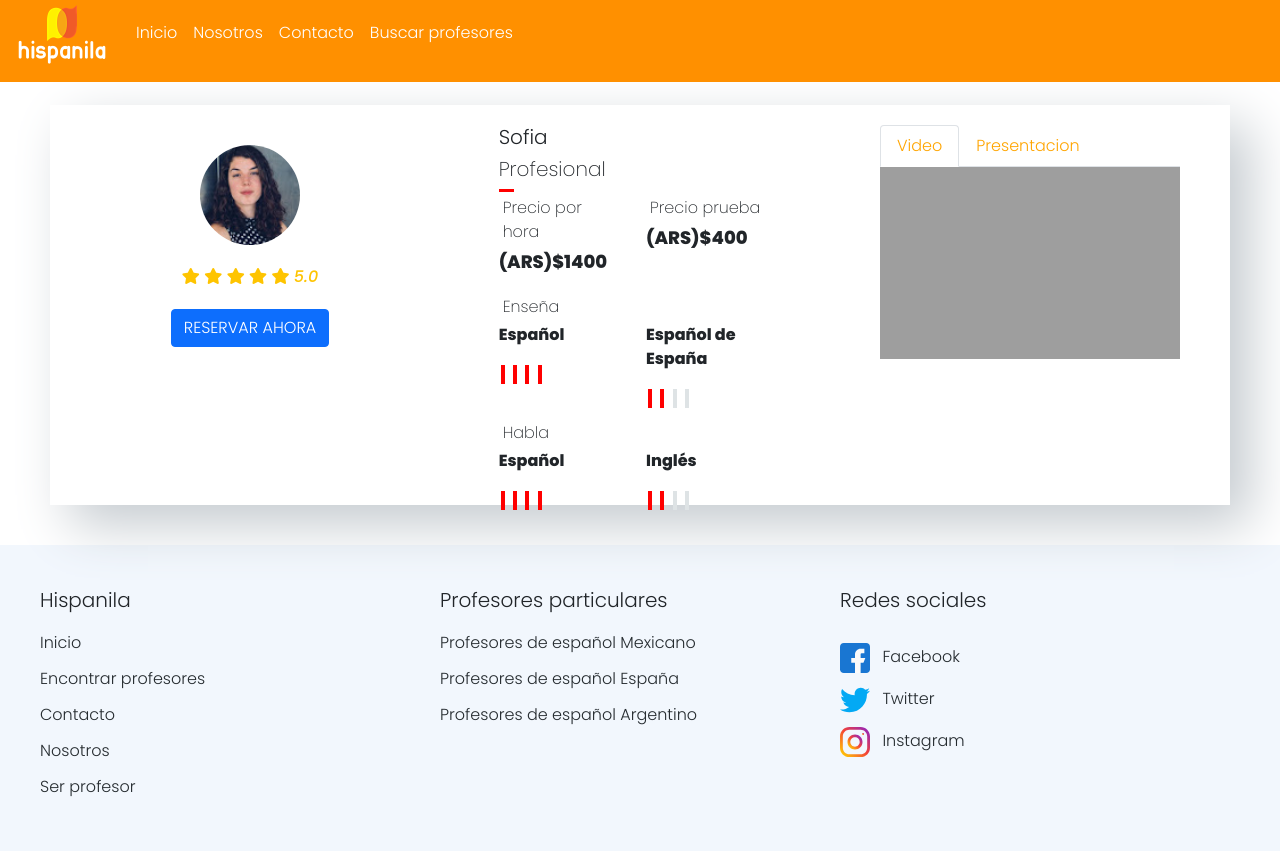
Repository: AgustinGarciaDev/Hispanila
Page: searchteacer.html
These files come from the project's save history. The page is drawn as it stood at one moment and after the next save; the edit follows.
The browser window is 1280 px wide. The pictures show the whole page.
Pictures or frames that could not be fetched are drawn as grey boxes. Some web libraries are served in a nearby version. The style sheet was rebuilt from its Sass, Less or Tailwind sources for each picture, by a compiler version that may differ from the author's.

Above is the page before, as saved 2021-01-30 10:05:15.

### searchteacer.html
<!DOCTYPE html>
<html lang="en">

<head>

    <head>
        <meta charset="UTF-8">
        <title>Buscar profesor</title>
        <meta name="viewport" content="width=device-width, user-scalable=no">
        <meta name="description" content="Busca el profesor de español que más se adecue a lo que quieres aprender. Busca por precio,variante del español y mucho más">
        <meta name="keywords" content="profesor español, buscar profesor, español , aprender con profesionales">
        <link rel="stylesheet" href="https://cdnjs.cloudflare.com/ajax/libs/animate.css/4.1.1/animate.min.css" />
        <link rel="stylesheet" href="https://use.fontawesome.com/releases/v5.8.1/css/all.css" integrity="sha384-50oBUHEmvpQ+1lW4y57PTFmhCaXp0ML5d60M1M7uH2+nqUivzIebhndOJK28anvf" crossorigin="anonymous">
        <link rel="preconnect" href="https://fonts.gstatic.com">
        <link rel="preconnect" href="https://fonts.gstatic.com">
        <link href="https://fonts.googleapis.com/css2?family=Poppins:ital,wght@0,200;0,300;0,800;0,900;1,200;1,500&display=swap" rel="stylesheet">
        <link href="https://cdn.jsdelivr.net/npm/bootstrap@5.0.0-beta1/dist/css/bootstrap.min.css" rel="stylesheet" integrity="sha384-giJF6kkoqNQ00vy+HMDP7azOuL0xtbfIcaT9wjKHr8RbDVddVHyTfAAsrekwKmP1" crossorigin="anonymous">
        <link rel="stylesheet" href="./css/style.css">
        <link rel="stylesheet" href="stylemod.css">
    </head>
</head>

<body class="search-teacher">
    <header>
        <nav class="navbar navbar-expand-lg navbar-light bg-light nav-color">
            <div class="container-fluid">
                <a class="navbar-brand" href="./index.html"><img class="logo" src="./img/Hispanila_opt.png" alt=""></a>
                <button class="navbar-toggler" type="button" data-bs-toggle="collapse" data-bs-target="#navbarSupportedContent" aria-controls="navbarSupportedContent" aria-expanded="false" aria-label="Toggle navigation">
                    <span class="navbar-toggler-icon"></span>
                </button>
                <div class="collapse navbar-collapse" id="navbarSupportedContent">
                    <ul class="navbar-nav me-auto mb-2 mb-lg-0">
                        <li class="nav-item">
                            <a class="nav-link active" aria-current="page" href="./index.html">Inicio</a>
                        </li>
                        <li class="nav-item">
                            <a class="nav-link" href="./we.html">Nosotros</a>
                        </li>
                        <li class="nav-item">
                            <a class="nav-link" href="./contact.html">Contacto</a>
                        </li>
                        <li class="nav-item">
                            <a class="nav-link" href="./searchteacer.html">Buscar profesores</a>
                        </li>
                    </ul>
                </div>
            </div>
        </nav>
    </header>
    <section class="teacher__layout">
        <div class="teacher__card">
            <div class="teacher__card__content">
                <div class="teacher">
                    <div class="teacher-date">
                        <img src="./img/teacher/teacher-one.jpg" alt="Profesora de español">
                        <div class="score-teacher">
                            <i class="fas fa-star"></i>
                            <i class="fas fa-star"></i>
                            <i class="fas fa-star"></i>
                            <i class="fas fa-star"></i>
                            <i class="fas fa-star"></i>
                            <i>5.0</i>
                        </div>
                        <a class="btn btn-primary" href="./profile.html" role="button">RESERVAR AHORA</a>
                    </div>
                </div>
            </div>
            <div class="teacher__card__content">

                <div class="teacher-information">
                    <span class="teacher-date-personal">
                        <h1>Sofia</h1>
                    </span>
                    <span class="teacher-posicion">
                        <h4>Profesional</h4>
                        <div class="teacher-divider-card"></div>
                    </span>
                    <div class="">
                        <div class="row">
                            <div class="col-sm">
                                <span class="title-teacher">
                                    <p>Precio por hora</p>
                                </span>
                                <p class="teacher-precie">(ARS)$1400</p>
                            </div>
                            <div class="col-sm">
                                <span class="title-teacher">
                                    <p>Precio prueba </p>
                                </span>
                                <p class="teacher-precie">(ARS)$400</p>
                            </div>
                        </div>
                    </div>
                    <div>
                        <span class="title-teacher">
                            <p>Enseña</p>
                        </span>
                        <div class="row">
                            <div class="col-sm">
                                <p class="teacher-learning">Español</p>
                                <div class="teacher-level">
                                    <span class="level level-one"></span>
                                    <span class="level level-two"></span>
                                    <span class=" level level-four"></span>
                                    <span class=" level level-five"></span>
                                </div>
                            </div>
                            <div class="col-sm">
                                <p class="teacher-learning">Español de España</p>
                                <div class="teacher-level">
                                    <span class="level level-one"></span>
                                    <span class="level level-two"></span>
                                    <span class=" level level-four-lenguage"></span>
                                    <span class=" level level-five-leanguage"></span>
                                </div>
                            </div>
                        </div>
                    </div>
                    <div>
                        <span class="title-teacher">
                            <p>Habla</p>
                        </span>
                        <div class="row">
                            <div class="col-sm">
                                <p class="teacher-learning">Español</p>
                                <div class="teacher-level">
                                    <span class="level level-one"></span>
                                    <span class="level level-two"></span>
                                    <span class=" level level-four"></span>
                                    <span class=" level level-five"></span>
                                </div>
                            </div>
                            <div class="col-sm">
                                <p class="teacher-learning">Inglés</p>
                                <div class="teacher-level">
                                    <span class="level level-one"></span>
                                    <span class="level level-two"></span>
                                    <span class=" level level-four-lenguage"></span>
                                    <span class=" level level-five-leanguage"></span>
                                </div>
                            </div>
                        </div>
                    </div>
                </div>
            </div>
            <div class="teacher__card__content">
                <ul class="nav nav-tabs color__nav " id="myTab " role="tablist">
                    <li class="nav-item color__nav" role="presentation">
                        <a class="nav-link active color__nav" id="home-tab" data-bs-toggle="tab" href="#home1" role="tab" aria-controls="home" aria-selected="true">Video</a>
                    </li>
                    <li class="nav-item color__nav" role="presentation">
                        <a class="nav-link color__nav" id="profile-tab" data-bs-toggle="tab" href="#profile1" role="tab" aria-controls="profile" aria-selected="false">Presentacion</a>
                    </li>
                </ul>
                <div class="tab-content" id="myTabContent">
                    <div class="tab-pane fade show active" id="home1" role="tabpanel" aria-labelledby="home-tab">
                        <iframe width="100%" height="192" src="https://www.youtube.com/embed/-aLOT1o647Y" frameborder="0" allow="accelerometer; autoplay; clipboard-write; encrypted-media; gyroscope; picture-in-picture" allowfullscreen></iframe>
                    </div>
                    <div class="tab-pane fade" id="profile1" role="tabpanel" aria-labelledby="profile-tab">Lorem Ipsum is simply dummy text of the printing and typesetting industry. Lorem Ipsum has been the industry's standard dummy text ever since the 1500s, when an unknown printer took a galley of type and scrambled it to make a type
                        specimen book.</div>
                </div>
            </div>
        </div>

        </div>
    </section>

    <footer class="footer">
        <div class="list__footer">
            <p class="list__footer__p-modifier">Hispanila</p>
            <li class="list__footer__li-modifier"> <a class="list__footer__a-modifier" href="/index.html">Inicio</a>
            </li>
            <li class="list__footer__li-modifier"> <a class="list__footer__a-modifier" href="/searchteacer.html">Encontrar profesores</a></li>
            <li class="list__footer__li-modifier"><a class="list__footer__a-modifier" href="/contacte.html">Contacto</a>
            </li>
            <li class="list__footer__li-modifier"><a class="list__footer__a-modifier" href="/we.html">Nosotros</a></li>
            <li class="list__footer__li-modifier"><a class="list__footer__a-modifier" href="/we.html">Ser profesor</a>
            </li>
        </div>
        <div class="list__footer">
            <p class="list__footer__p-modifier">Profesores particulares</p>
            <li class="list__footer__li-modifier"> <a class="list__footer__a-modifier" href=" https://www.facebook.com/ "> Profesores de español Mexicano</a></li>
            <li class="list__footer__li-modifier"><a class="list__footer__a-modifier" href="https://twitter.com/home ">
                    Profesores de español España</a></li>
            <li class="list__footer__li-modifier"><a class="list__footer__a-modifier" href="https://www.instagram.com/ "> Profesores de español Argentino</a></li>
        </div>
        <div class="list__footer ">
            <p class="list__footer__p-modifier"> Redes sociales</p>
            <li class="list__footer__li-modifier"></li><img class="list__footer__img-modifier" src="./img/facebook.svg " alt=" "> <a class="list__footer__a-modifier" href="https://www.facebook.com/ ">Facebook</a></li>
            <li class="list__footer__li-modifier"></li><img class="list__footer__img-modifier" src="./img/gorjeo.svg " alt=" "> <a class="list__footer__a-modifier" href="https://twitter.com/home ">Twitter</a></li>
            <li class="list__footer__li-modifier"></li><img class="list__footer__img-modifier" src="./img/instagram.svg " alt=" "> <a class="list__footer__a-modifier" href="https://www.instagram.com/ ">Instagram</a></li>
        </div>
    </footer>
    <script src="https://cdn.jsdelivr.net/npm/bootstrap@5.0.0-beta1/dist/js/bootstrap.bundle.min.js" integrity="sha384-ygbV9kiqUc6oa4msXn9868pTtWMgiQaeYH7/t7LECLbyPA2x65Kgf80OJFdroafW" crossorigin="anonymous"></script>
</body>

</html>

### stylemod.css
/* CARD  porque estudiar Hispanila*/

.container {
    height: 400px;
    width: 100%;
    background: white;
    margin-bottom: 20px;
    margin-top: 20px;
    box-shadow: 20px 20px 51px #c4cacf, -20px -20px 51px #ffffff;
    display: flex;
}

.teacher-block {
    padding: 10px;
}

.navbar>.container-fluid {
    background-color: #FF9000 !important;
}

@media (max-width: 890px) {
    .teacher-block
}

@media (max-width: 520px) {}

### scss/style.scss
@import"variables";
@import "header";
@import "footer";
@import "body";
@import "home";
@import "contac";
@import "profile";
@import "seendemail";
@import "aboutUs";
@import "search";

### scss/_variables.scss
/* TIPOGRAFIAS */

$font-body: 'Poppins',
sans-serif;

/* SIZE TIPOGRAFIAS */

$nameteacher: 16px;
$titulocontacto: 20px;

/* ICONOS COLOR */

$color-start-icon: #FEC400;
$color-social:gray;

/*Color background*/

$color-box: linear-gradient(145deg, #d8e8f2, #b6c3cb);

/*Padding*/

$padding-currilum: 40px;

### scss/_header.scss
header {
    position: sticky;
    top: 0;
    z-index: 5;
}

### scss/_footer.scss
.footer {
    background-color: #F2F7FD;
    display: grid;
    grid-template-columns: repeat(3, 1fr);
    padding: 40px;
}

.list__footer__p-modifier {
    font-size: 20px;
}

.list__footer__li-modifier {
    list-style: none;
    align-items: center;
    display: flex;
    margin-bottom: 12px;
}

.list__footer__a-modifier {
    text-decoration: none;
    color: #252b2f;
}

.list-footer a:hover {
    text-decoration: underline;
}

.list__footer__img-modifier {
    width: 30px;
    height: 30px;
    margin-right: 8px;
}

@media (max-width: 768px) {
    .footer {
        display: flex;
        flex-wrap: wrap;
    }
    .list__footer {
        padding-left: 10px;
        padding-right: 10px;
        justify-content: center;
    }
}

@media (max-width: 520px) {}

### scss/_body.scss
body {
    margin: 0;
    font-family: $font-body;
}

.navbar>.container-fluid {
    background-color: #FF9000 !important;
}

### scss/_home.scss
.nav-color {
    background-color: #ff9000 !important;
    height: 65px;
    box-shadow: 2px 2px 4px #d97a00, -5px -5px 4px #ffa600;
}

.nav-link {
    color: white !important;
}

.hero {
    display: grid;
    grid-template-columns: 2fr 2fr;
    height: 600px;
    background-image: url(http://baravdg.com/wp-content/uploads/2021/01/hero-background.png);
    background-position: center;
    background-repeat: no-repeat;
    background-size: cover;
}

.hero .box {
    display: flex;
    flex-direction: column;
    margin: auto;
    padding-left: 30px;
}

.hero__title_h1 {
    color: white;
    font-weight: 700;
    font-size: 50px;
}

.hero__title_p {
    color: white;
    font-size: 30px;
    font-size: 400;
}

.hero__bottom {
    width: 200px;
    color: white;
    padding: 10px;
    text-align: center;
    text-decoration: none;
    font-size: 'Poppins', sans-serif;
    font-weight: 800;
    border-radius: 8px;
    background: linear-gradient(145deg, #ffd529, #d8b322);
}


/* EMPIEZA LAS CARD DE LAS BANDERAS */

.Tittle_h2 {
    text-align: center;
    padding: 30px;
    font-size: 40px;
    font-weight: 800;
}

.block-band {
    display: grid;
    grid-template-columns: repeat(3, 1fr);
    grid-column-gap: 30px;
    grid-row-gap: 30px;
    justify-items: center;
}

.link {
    color: inherit;
    text-decoration: inherit;
}

.card-band {
    border-radius: 24px;
    border-radius: 24px;
    background: #ecf1f4;
    box-shadow: 22px 22px 18px #dee3e5, -22px -22px 18px #faffff;
    width: 400px;
    height: 372px;
}

.content-band {
    display: flex;
    padding-left: 40px;
    padding-bottom: 10px;
}

.info-card {
    padding-top: 9px;
    padding-left: 10px;
}

.info-card h4 {
    margin: 0;
}

.info-card p {
    margin: 0;
    margin-left: 6;
}

.card-band .teacher-photo {
    width: 400px;
    height: 300px;
}

.card-band .band {
    height: 50px;
    width: 50px;
}

.card-prof {
    margin: 40px;
    padding: 40px;
}

.table-proyect {
    padding: 40px;
}


/* Card study*/

.margin {
    margin: 20px;
}

.card__study__resson {
    width: 300px;
    height: 572px;
}

.card__study__img {
    height: 400px;
    width: 200px;
    display: flex;
    margin: auto;
}

.card__study_text {
    text-align: center;
}

.card__study__btn {
    width: 200px;
    color: white;
    padding: 10px;
    justify-content: center;
    text-decoration: none;
    font-size: 'Poppins', sans-serif;
    font-weight: 800;
    border-radius: 8px;
    background: linear-gradient(145deg, #ffd529, #d8b322);
    display: flex;
    margin: auto;
}

@media (max-width: 890px) {
    .block-band {
        grid-template-columns: repeat(2, 1fr);
    }
    .card-band .teacher-photo {
        width: 324px;
        height: 239px;
    }
    .card-band {
        width: 324px;
        height: 325px;
    }
    .logo {
        margin-top: -20px;
    }
}

@media (max-width: 520px) {
    .hero {
        height: 360px;
    }
    .block-band {
        grid-template-columns: none;
    }
    .card__study__resson {
        width: 300px;
        height: 572px;
    }
    .nav-color {
        height: 70px;
    }
    .logo {
        margin-top: -20px;
    }
    .hero__title_h1 {
        font-size: 31px;
    }
    .hero__title_p {
        font-size: 17px;
    }
    .Tittle_h2 {
        text-align: center;
        padding: 17px;
        font-size: 32px;
        font-weight: 800;
    }
}

### scss/_contac.scss
.contact__body {
    margin-top: 50px;
    margin-bottom: 50px;
}

.row {
    margin-right: 0;
}

.email_img {
    width: 100%;
}

.icons__list {
    display: flex;
    justify-content: center;
}

.icons__list_a {
    text-decoration: none;
    color: #ff9000;
    padding-bottom: 10px;
    padding-left: 5px;
    padding-right: 5px;
    font-size: 20px;
}

.icons__list__redsocial {
    display: flex;
    flex-direction: row;
    padding-top: 10px;
    justify-content: center;
}

.icons__list_logo_Redes {
    color: #ff9000;
    font-size: 35px;
    margin: 0 10px;
}

.text-contact__h2 {
    font-size: $titulocontacto;
}

.btn_send {
    width: 200px;
    color: white;
    padding: 10px;
    display: flex;
    justify-content: center;
    margin-top: 14px;
    text-decoration: none;
    font-size: 'Poppins', sans-serif;
    font-weight: 800;
    border-radius: 8px;
    background-color: orange;
}

@media (max-width: 520px) {
    .text-contact__h1 {
        text-align: center;
    }
    .text-contact__h2 {
        font-size: $titulocontacto -7;
        text-align: center;
    }
}

### scss/_seendemail.scss
.lottie {
    justify-content: center;
    display: flex;
}

### scss/_aboutUs.scss
    .About__tittle-h1 {
        text-align: center;
        padding: 20px 0;
        font-weight: 800;
    }

    .About__img {
        display: flex;
        justify-content: center;
        align-items: center;
    }

    .About__img--modifier {
        width: 900px;
        height: 600px;
    }

    .About__history {
        text-align: center;
        margin: 10px 500px;
    }

    .About_compromise_img {
        width: 400px;
        height: 300px;
    }

    .about__container {
        margin-top: 50px;
        margin-bottom: 50px;
    }

    .Value {
        margin-top: 40px;
    }

    .navbar>.container-fluid {
        background-color: #FF9000 !important;
    }

    @media (max-width: 890px) {
        .About__img--modifier {
            width: 100%;
            height: auto;
        }
        .About__history {
            margin: 10px 20px;
        }
    }

    @media (max-width: 570px) {
        .About_compromise_img {
            height: 300px;
        }
        .About_compromise__responsive {
            flex-direction: column-reverse;
            display: flex;
        }
        .Value {
            display: flex;
            align-items: center;
            justify-content: center;
        }
        .Value__box {
            display: flex;
            flex-direction: column;
            justify-content: center;
        }
    }

### scss/_search.scss
.teacher__layout {
    display: flex;
    justify-content: center;
    margin-left: 50px;
    margin-right: 50px;
}

.teacher__card {
    display: grid;
    grid-template-columns: repeat(3, 1fr);
    grid-column-gap: 30px;
    grid-row-gap: 30px;
    justify-items: center;
    background: white;
    box-shadow: 20px 20px 51px #c4cacf, -20px -20px 51px #ffffff;
    height: 400px;
    width: 100%;
    margin-top: 40px;
    margin-bottom: 40px;
    padding: 20px;
}

.teacher__card_content {
    width: 33%;
}

.color__nav {
    color: orange !important;
}

.teacher-date {
    display: flex;
    flex-direction: column;
    padding: 20px;
}

.teacher-date .teacher-score {
    flex-direction: row;
}

.teacher-date img {
    border-radius: 50%;
    height: 100px;
    width: 100px;
    margin: auto;
}

.teacher-date button {
    height: 30px;
    width: 120px;
    margin: auto;
}

.score-teacher {
    margin: auto;
    padding: 20px 0 20px 0;
    color: #FEC400;
}

.teacher-information {
    display: flex;
    flex-direction: column;
}

.teacher-information h1 {
    font-size: 20px;
}

.teacher-date-personal {
    display: flex;
    flex-direction: row;
    justify-content: space-between;
}

.teacher-posicion {
    display: inline;
}

.title-teacher p {
    font-size: 16px;
    font-weight: 200;
    margin: 4px;
}

.teacher-precie {
    font-size: 18px;
    font-weight: bold;
}

.teacher-posicion h4 {
    font-size: 20px;
    font-weight: 200;
}

.teacher-posicion .teacher-divider-card {
    border: solid 1px red;
    width: 15px;
    height: 3px;
    background: red;
}

.teacher-learning {
    font-weight: bold;
}

.level {
    display: inline-block;
    margin: 2px;
    height: 19px;
    width: 4px;
    background: red;
}

.level-four-lenguage {
    background: #dee3e5
}

.level-five-leanguage {
    background: #dee3e5
}

@media (max-width: 890px) {
    .teacher__layout {
        margin-left: 20px;
        margin-right: 20px;
    }
    .teacher__card {
        grid-template-columns: repeat(2, 1fr);
        margin: 0;
        margin-top: 20px;
        height: auto;
    }
}

@media (max-width: 520px) {
    .teacher__card {
        grid-template-columns: repeat(1, 1fr);
        margin: 0;
        margin-top: 20px;
        height: auto;
    }
}

Loaded but not shown: scss/_profile.scss (221 lines, source omitted)

After the next save:
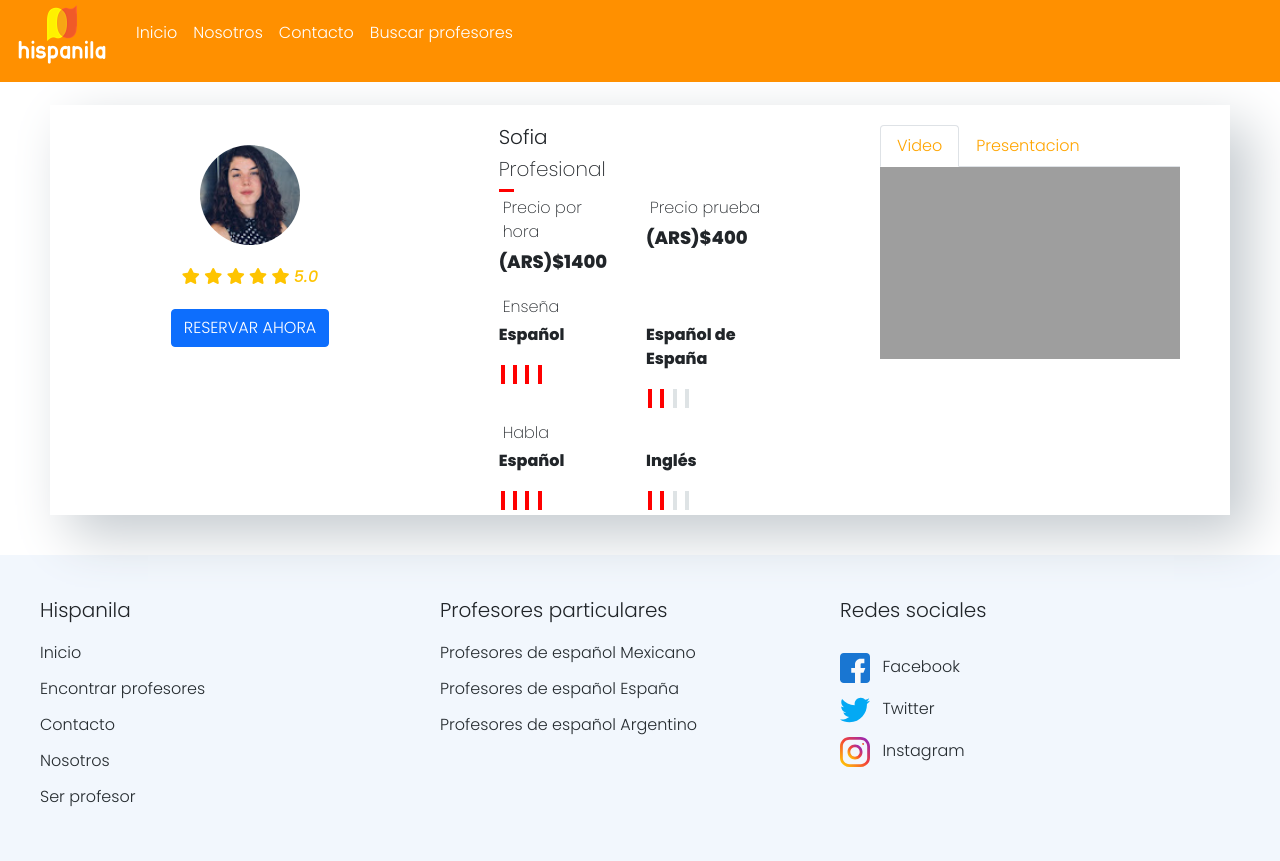
Saved 31 s later.
--- a/scss/_search.scss
+++ b/scss/_search.scss
@@ -13,7 +13,7 @@
     justify-items: center;
     background: white;
     box-shadow: 20px 20px 51px #c4cacf, -20px -20px 51px #ffffff;
-    height: 400px;
+    height: 410px;
     width: 100%;
     margin-top: 40px;
     margin-bottom: 40px;
